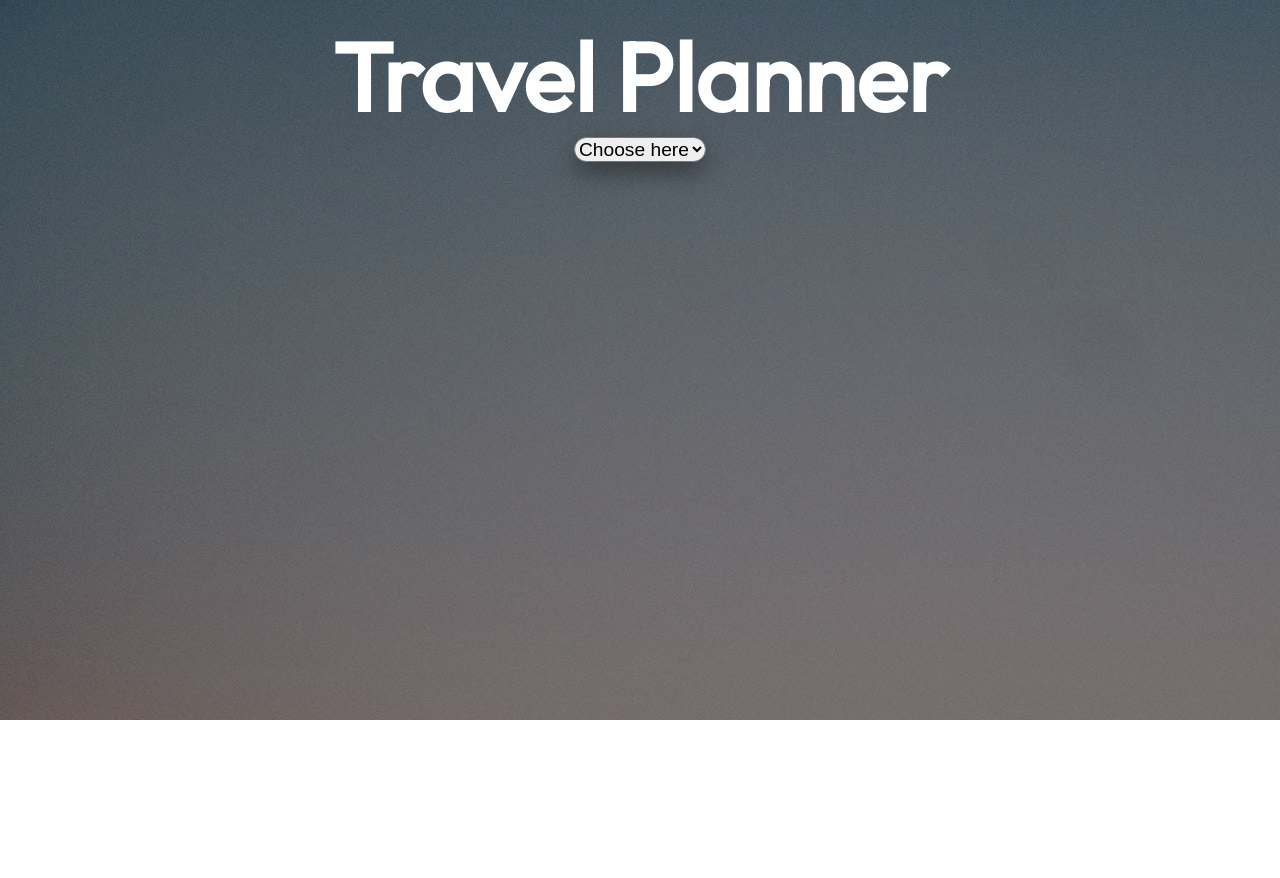
Repository: CPSC2720-LAB-GRP/Travel-Planner
Page: / (app in Travel Planner/client/)
The author's editor kept a copy of each file at every save. The page is drawn from the files as they stood at one save, then again after the next save.
The browser window is 1280 px wide. The pictures show the whole page.
The page's requests for data from a server got no answer. The project was rebuilt for these pictures with package versions that can differ from the ones it lists, and the page was loaded fresh each time. No one was signed in, and anything a server would have sent is missing.

Above is the page before, as saved 2022-08-01 15:54:25.

After the next save:
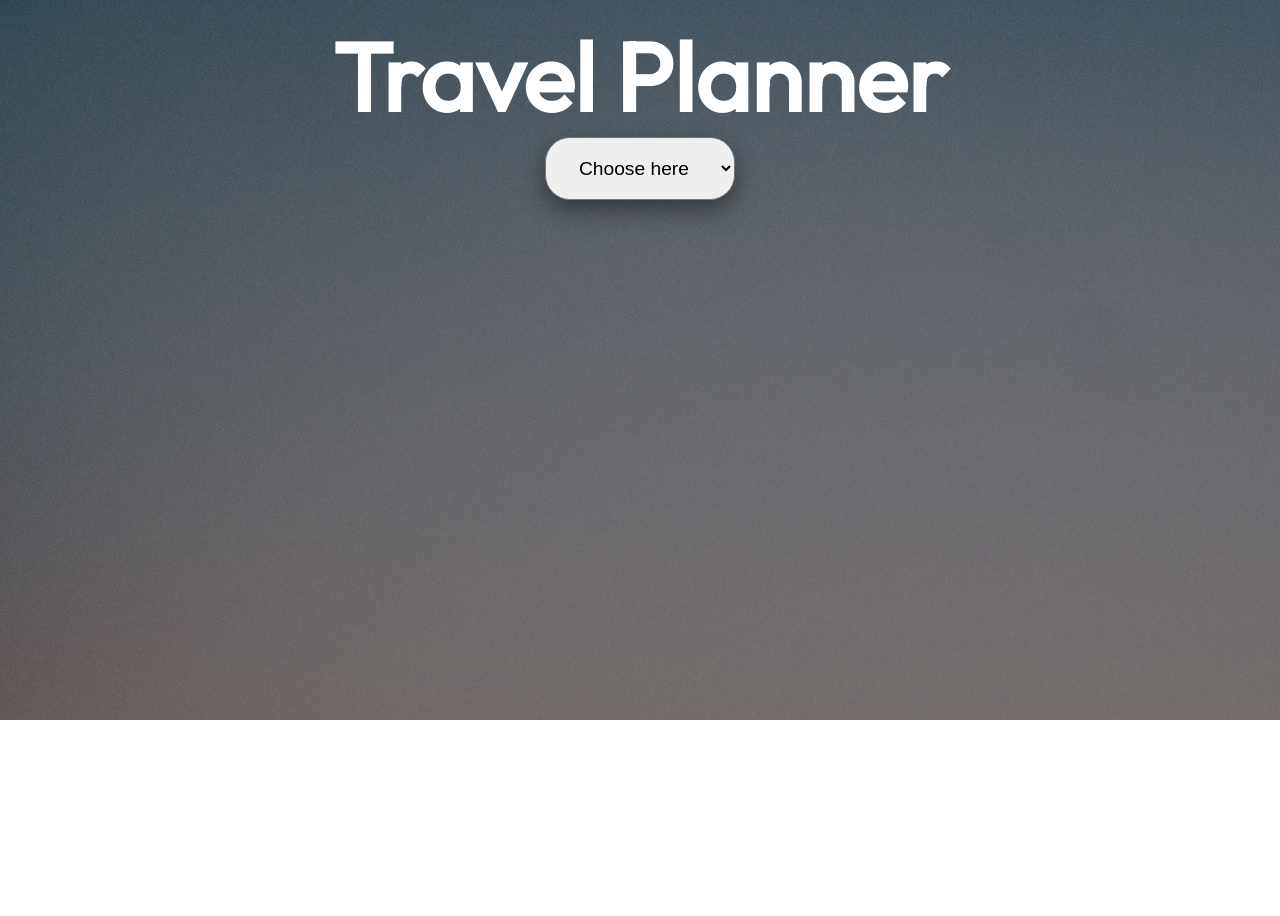
Saved 7 s later.
--- a/Travel Planner/client/src/index.css
+++ b/Travel Planner/client/src/index.css
@@ -58,6 +58,7 @@ h1 {
 select {
   box-shadow: 0 10px 25px rgba(0, 0, 0, 0.4);
   font-size: 1.2rem;
+  padding: 1em 1.5em;
   border-radius: 25px;
 }
 
